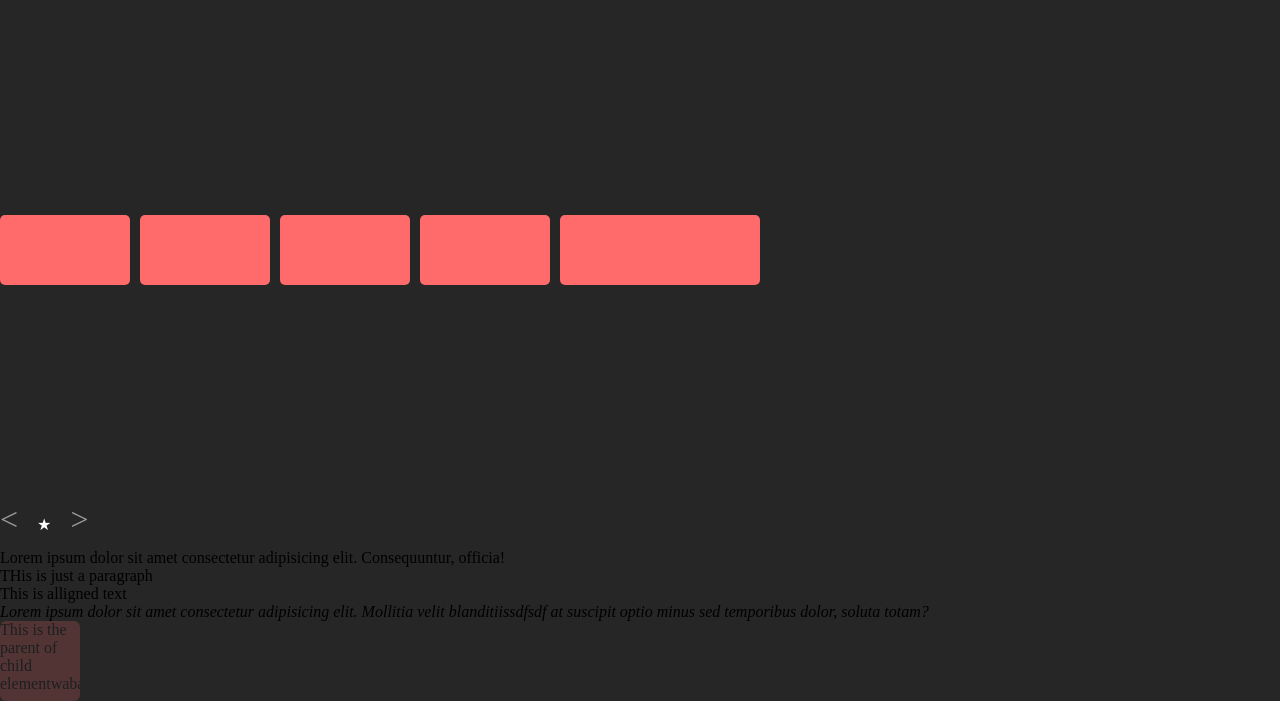
Repository: robin-webdev/frontend
Page: CSS/index.html
These files come from the project's save history. The page is drawn as it stood at one moment and after the next save; the edit follows.
The browser window is 1280 px wide. The pictures show the part of the page from y = 0 to 701 px (the page is 1084 px tall).
Pictures or frames that could not be fetched are drawn as grey boxes. The style sheet was rebuilt from its Sass, Less or Tailwind sources for each picture, by a compiler version that may differ from the author's.

Above is the page before, as saved 2025-12-17 15:45:50.

After the next save:
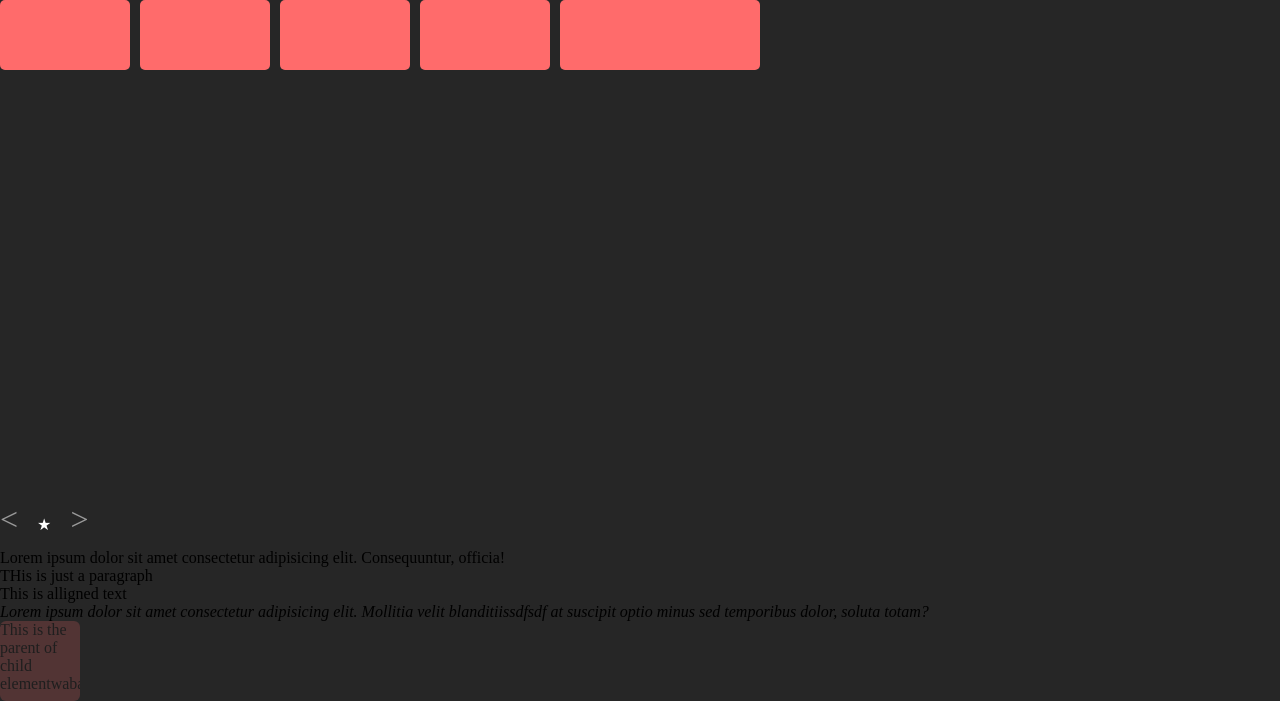
Saved 11 s later.
--- a/CSS/style.scss
+++ b/CSS/style.scss
@@ -146,7 +146,7 @@ body {
   flex-wrap: wrap;
   justify-content: start;
   // align-content: space-evenly;
-  align-items: center;
+  align-items: start;
 
   .box{
     background-color: #ff6b6b;
